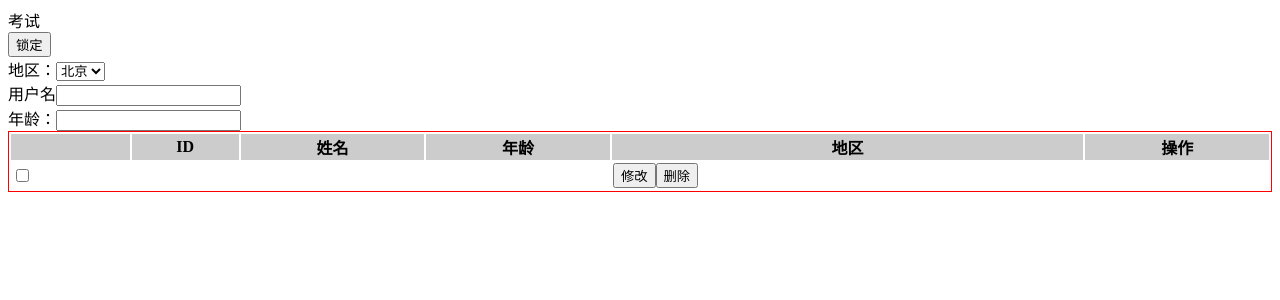
Repository: Sjl-2114/2006z
Page: / (app in A卷/vue-kaoshi/)
These files come from the project's save history. The page is drawn as it stood at one moment and after a run of saves; the edit follows.
The browser window is 1280 px wide. The pictures show the whole page.
The project was rebuilt for these pictures with package versions that can differ from the ones it lists, and the page was loaded fresh each time.

Above is the page before, as saved 2021-04-28 16:00:12.

After the next 2 saves:
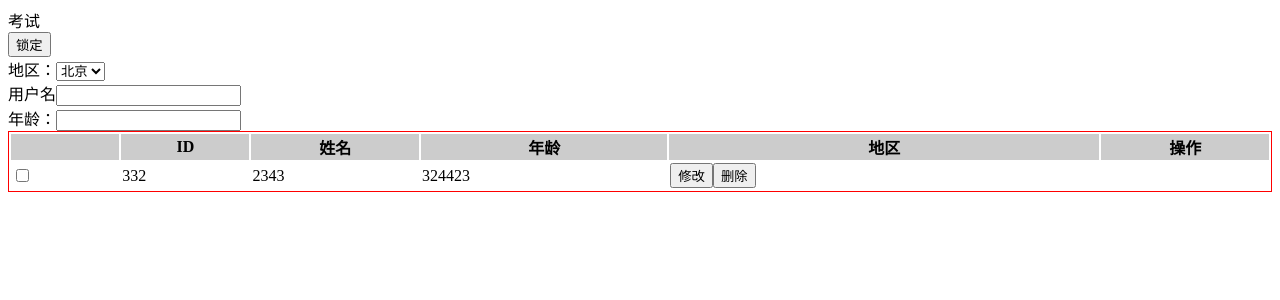
The 2 saves are shown as one change because they came seconds apart.
The last was saved 20 s later.
--- a/A卷/vue-kaoshi/src/App.vue
+++ b/A卷/vue-kaoshi/src/App.vue
@@ -34,9 +34,9 @@
             <td>
               <input type="checkbox">
             </td>
-            <td></td>
-            <td></td>
-            <td></td>
+            <td>332</td>
+            <td>2343</td>
+            <td>324423</td>
             <td>
               <button>修改</button>
               <button>删除</button>
